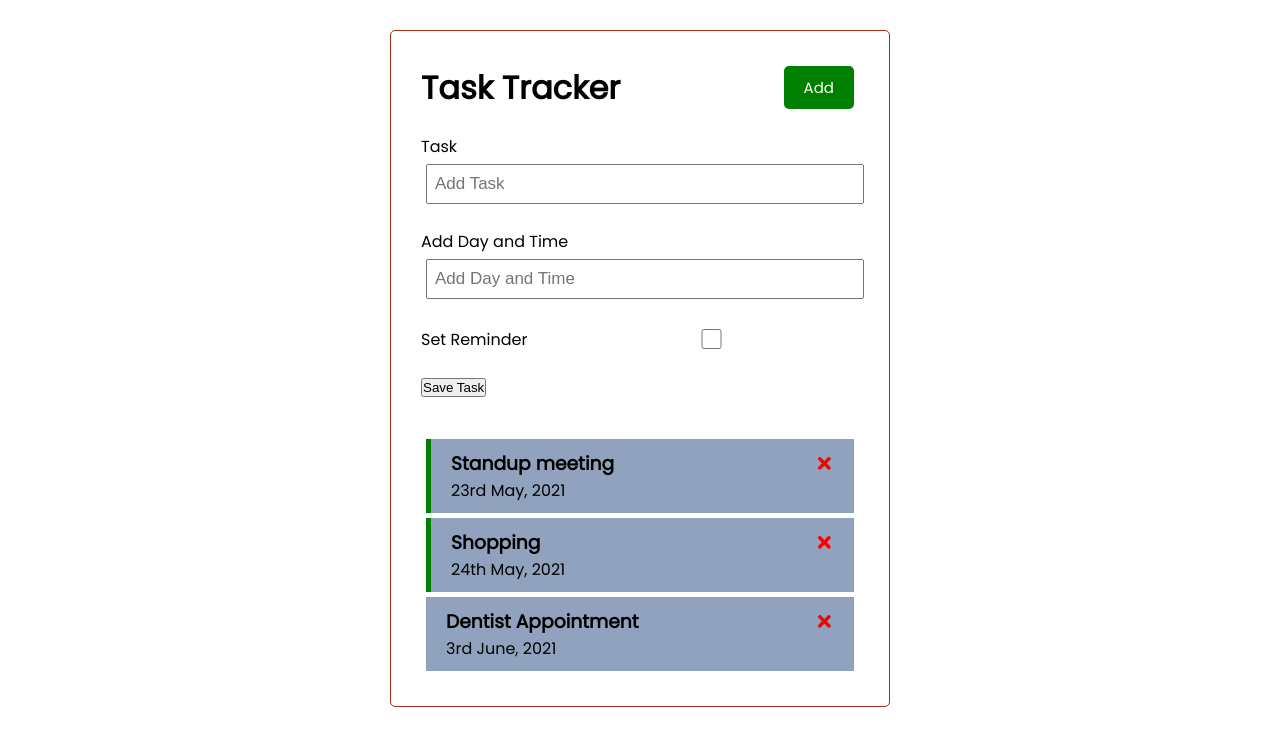
Repository: NIMRAH97/React-Strap-Test
Page: /
These files come from the project's save history. The page is drawn as it stood at one moment and after a run of saves; the edit follows.
The browser window is 1280 px wide. The pictures show the whole page.
The project was rebuilt for these pictures with package versions that can differ from the ones it lists, and the page was loaded fresh each time.

Above is the page before, as saved 2021-05-22 20:40:57.

After the next 2 saves:
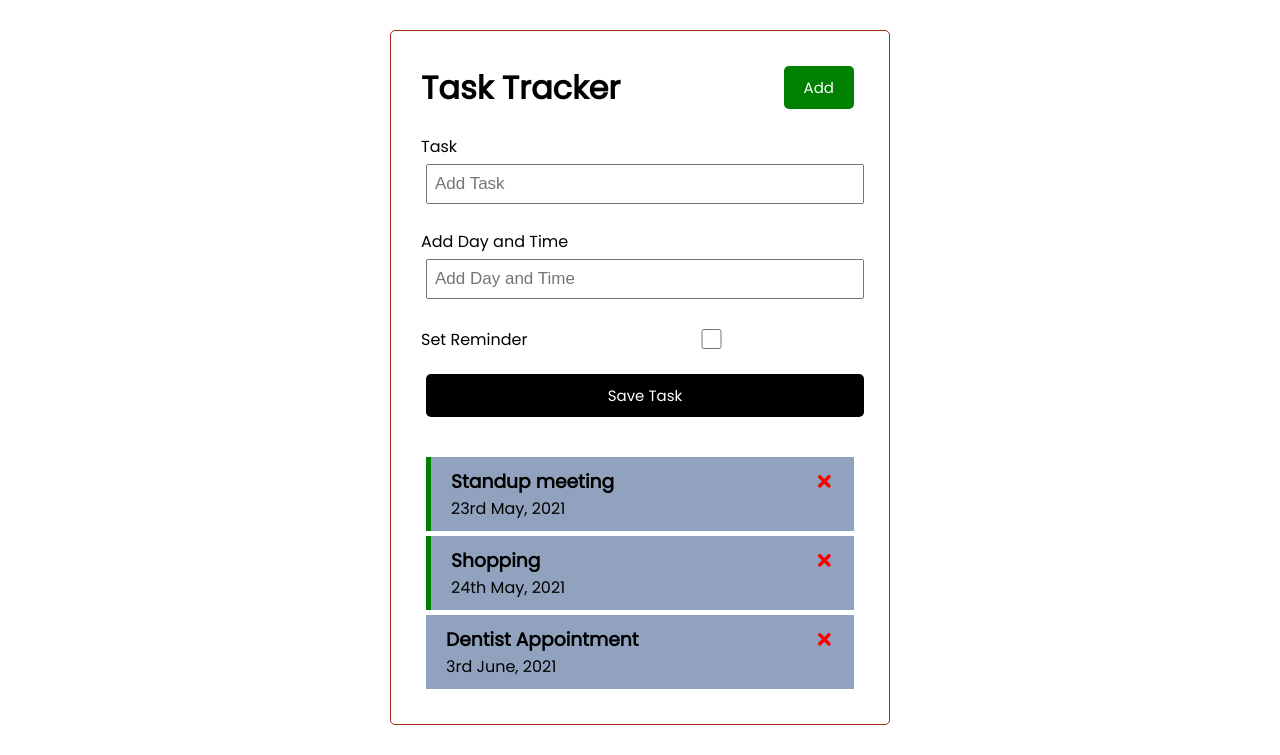
The 2 saves are shown as one change because 1 did not build or start.
The last was saved 36 s later.
--- a/src/components/AddTask.js
+++ b/src/components/AddTask.js
@@ -15,7 +15,7 @@ const AddTask = () => {
         <label>Set Reminder</label>
         <input type='checkbox'></input>
       </div>
-      <input type='submit' value='Save Task' />
+      <input type='submit' value='Save Task' className='btn btn-block' />
     </form>
   )
 }
